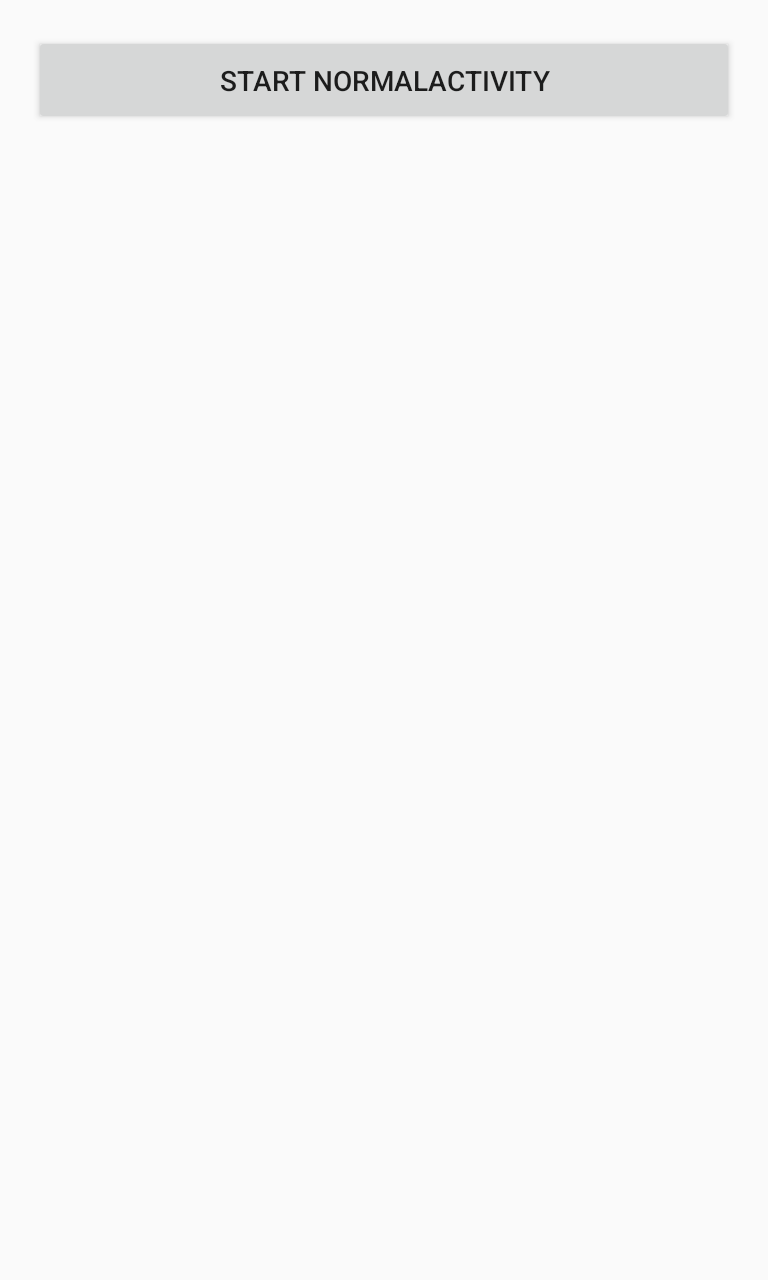
Repository: guyuzhilian/Programs
Layout: Android/ActivityLiftCycleTest/res/layout/activity_main.xml
An editor plug-in stored every save of this project. The layout is shown before and after the next save, followed by the edit.
It is drawn on a 768 x 1280 px phone screen (xhdpi) without system bars, with theme AppTheme; the app's code is not run.

Above is the layout before, as saved 2015-06-23 06:20:21.

### Android/ActivityLiftCycleTest/res/layout/activity_main.xml
<LinearLayout xmlns:android="http://schemas.android.com/apk/res/android"
    xmlns:tools="http://schemas.android.com/tools"
    android:layout_width="match_parent"
    android:layout_height="match_parent"
    android:paddingBottom="@dimen/activity_vertical_margin"
    android:paddingLeft="@dimen/activity_horizontal_margin"
    android:paddingRight="@dimen/activity_horizontal_margin"
    android:paddingTop="@dimen/activity_vertical_margin"
    tools:context="com.lidajun.activityliftcycletest.MainActivity" >

    <Button
        android:id="@+id/start_normal_activity"
        android:layout_width="match_parent"
        android:layout_height="wrap_content"
        android:text="Start NormalActivity" />

    <Button
        android:id="@+id/start_dialog_activity"
        android:layout_width="match_parent"
        android:layout_height="wrap_content"
        android:text="start DialogActivity" />

</LinearLayout>

Loaded but not shown: Android/ActivityLiftCycleTest/res/values/styles.xml (common file); Android/ActivityLiftCycleTest/res/values-v11/styles.xml (common file); Android/ActivityLiftCycleTest/res/values-v14/styles.xml (common file); Android/ActivityLiftCycleTest/res/values/dimens.xml (common file); Android/ActivityLiftCycleTest/res/values-w820dp/dimens.xml (common file)

After the next save:
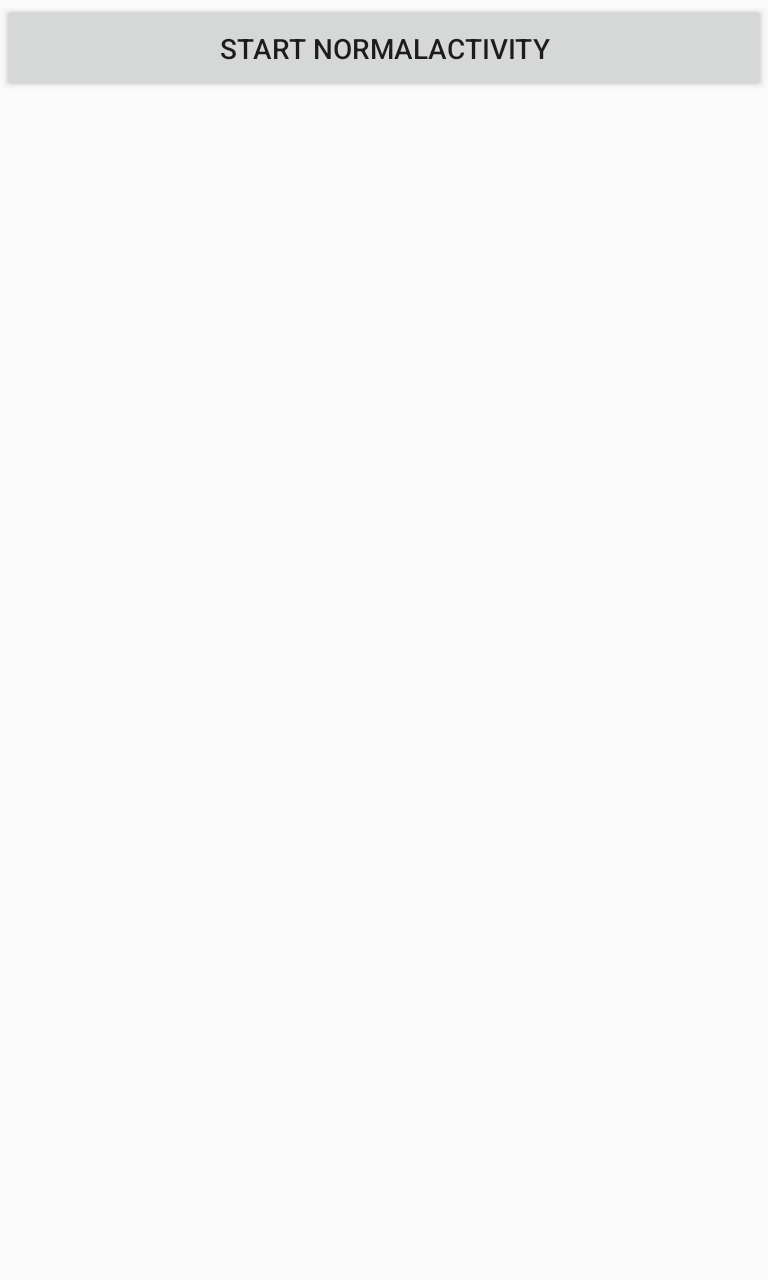
Saved 105 s later.
--- a/Android/ActivityLiftCycleTest/res/layout/activity_main.xml
+++ b/Android/ActivityLiftCycleTest/res/layout/activity_main.xml
@@ -1,12 +1,6 @@
 <LinearLayout xmlns:android="http://schemas.android.com/apk/res/android"
-    xmlns:tools="http://schemas.android.com/tools"
     android:layout_width="match_parent"
-    android:layout_height="match_parent"
-    android:paddingBottom="@dimen/activity_vertical_margin"
-    android:paddingLeft="@dimen/activity_horizontal_margin"
-    android:paddingRight="@dimen/activity_horizontal_margin"
-    android:paddingTop="@dimen/activity_vertical_margin"
-    tools:context="com.lidajun.activityliftcycletest.MainActivity" >
+    android:layout_height="match_parent" >
 
     <Button
         android:id="@+id/start_normal_activity"
